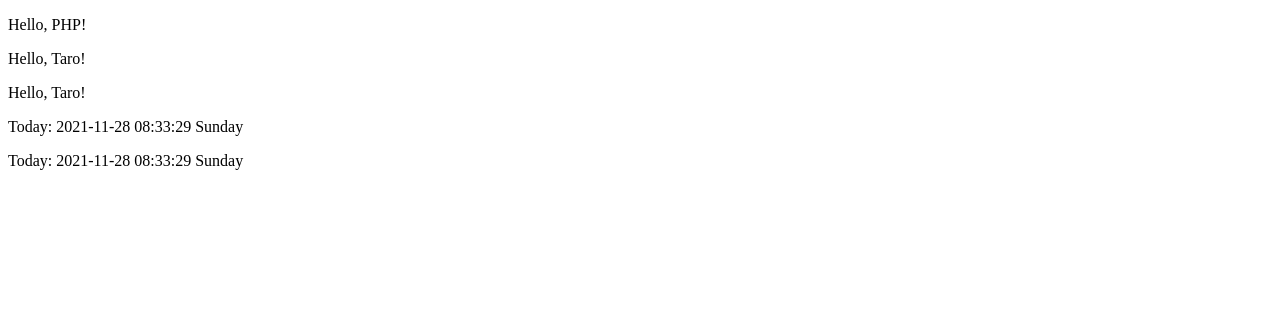
Repository: posse-ap/gen2.0-Karen-812
Page: http://localhost/work/web/index.php
The author's editor kept a copy of each file at every save. The page is drawn from the files as they stood at one save, then again after the next save.
The browser window is 1280 px wide. The pictures show the whole page.
The page is run by PHP 8.4 with error messages shown; the project is at /var/www/html/.

Above is the page before, as saved 2021-12-23 12:59:33.

After the next save:
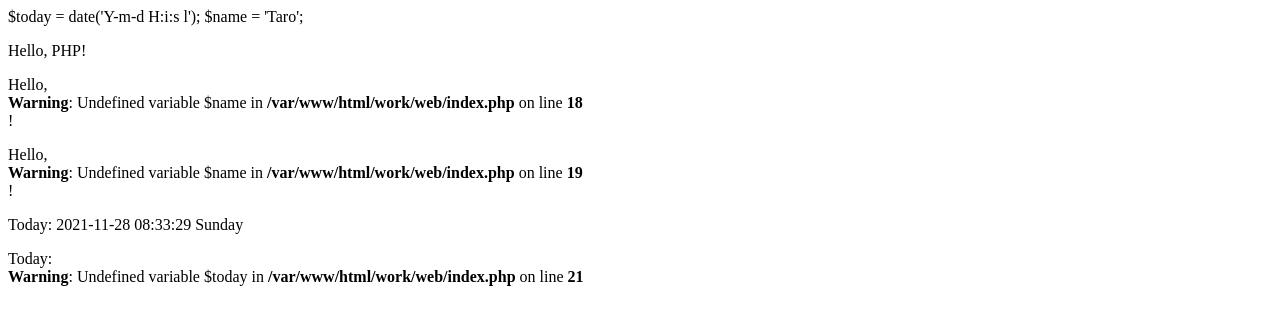
Saved 41 s later.
--- a/basic_php_webdev-master/work/web/index.php
+++ b/basic_php_webdev-master/work/web/index.php
@@ -1,11 +1,11 @@
 <?php
-  $today = date('Y-m-d H:i:s l');
-  $name = 'Taro';
 
-  function h($str){
-    return htmlspecialchars($str, ENT_QUOTES);
-  }
-  ?>
+function h($str){
+  return htmlspecialchars($str, ENT_QUOTES);
+}
+?>
+$today = date('Y-m-d H:i:s l');
+$name = 'Taro';
 
 <!DOCTYPE html>
 <html lang="ja">

After the save that followed:
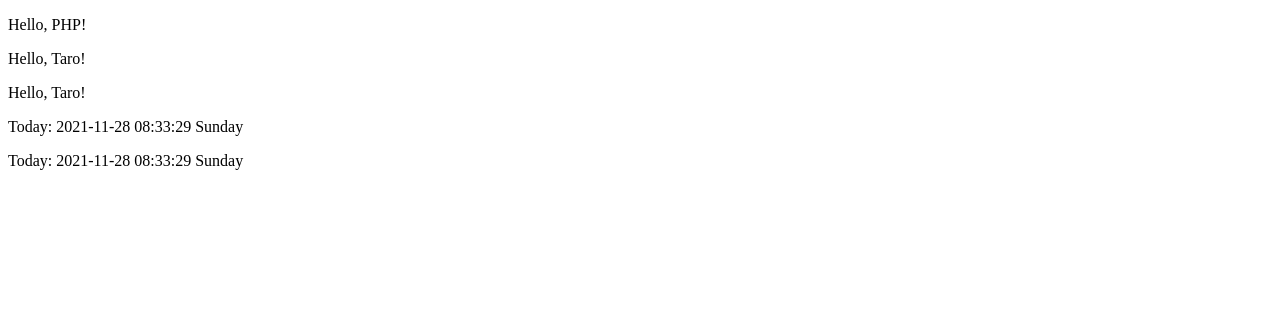
Saved 9 s later.
--- a/basic_php_webdev-master/work/web/index.php
+++ b/basic_php_webdev-master/work/web/index.php
@@ -3,9 +3,9 @@
 function h($str){
   return htmlspecialchars($str, ENT_QUOTES);
 }
-?>
 $today = date('Y-m-d H:i:s l');
 $name = 'Taro';
+?>
 
 <!DOCTYPE html>
 <html lang="ja">
